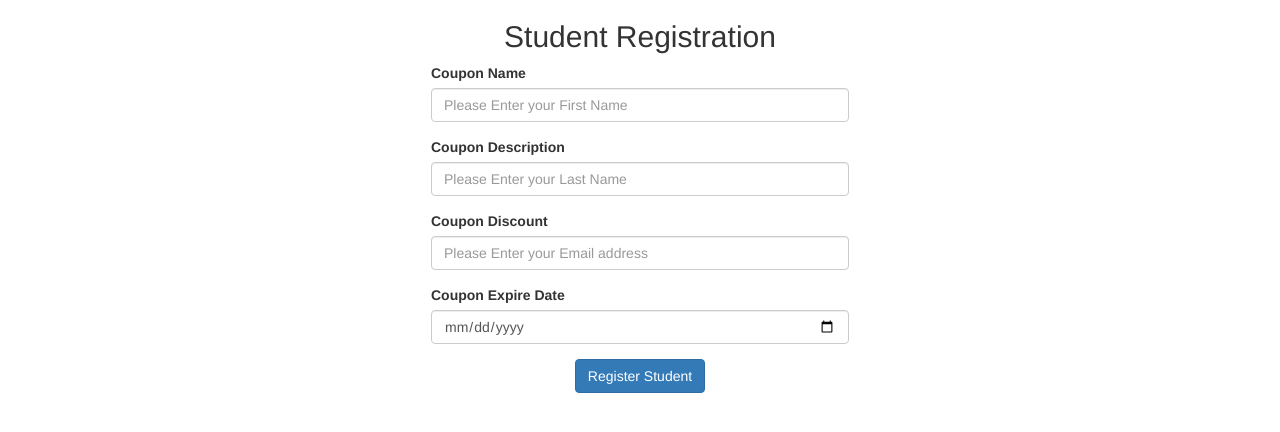
Repository: krutishilp/Sample
Page: http://localhost/couponandproductproject/createCoupon.jsp
An editor plug-in stored every save of this project. The page is shown before and after the next save, followed by the edit.
The browser window is 1280 px wide. The pictures show the whole page.
The page is served by Tomcat 9. Other server files are loaded and not shown.

Above is the page before, as saved 2020-09-04 05:32:56.

### JAVA-Eclipse-workspace/couponandproductproject/src/main/webapp/createCoupon.jsp
<!DOCTYPE html>
<html>
<head>
<meta charset="ISO-8859-1">
<title>Register</title>
<link rel="stylesheet"
	href="https://maxcdn.bootstrapcdn.com/bootstrap/3.3.7/css/bootstrap.min.css"
	integrity="sha384-BVYiiSIFeK1dGmJRAkycuHAHRg32OmUcww7on3RYdg4Va+PmSTsz/K68vbdEjh4u"
	crossorigin="anonymous">
<style type="text/css">
.container {
	width: 35%;
	align-content: center;
}
</style>

</head>
<body>
	<div class="container">

		<form action="register" method="post">
			<h2 class="text-center">Student Registration</h2>

			<div class="form-group">
				<label for="couponname">Coupon Name</label> <input type="text"
					class="form-control" name="couponName" id="couponname" required
					placeholder="Please Enter your First Name">
			</div>

			<div class="form-group">
				<label for="cdescription">Coupon Description</label> <input type="text"
					class="form-control" name="couponDescription" id="cdescription" required
					placeholder="Please Enter your Last Name">
			</div>

			<div class="form-group">
				<label for="coupondiscount">Coupon Discount</label> <input type="number"
					class="form-control" name="couponDiscount" id="coupondiscount" required
					placeholder="Please Enter your Email address">
			</div>

			<div class="form-group">
				<label for="couponEXPDate">Coupon Expire Date</label> <input type="date"
					class="form-control" name="couponExpiryDate" id="couponEXPDate" required>
			</div>
			<div class="text-center">
				<input type="submit" class="btn btn-primary"
					value="Register Student">
			</div>
		</form>
	</div>

</body>
</html>

After the next save:
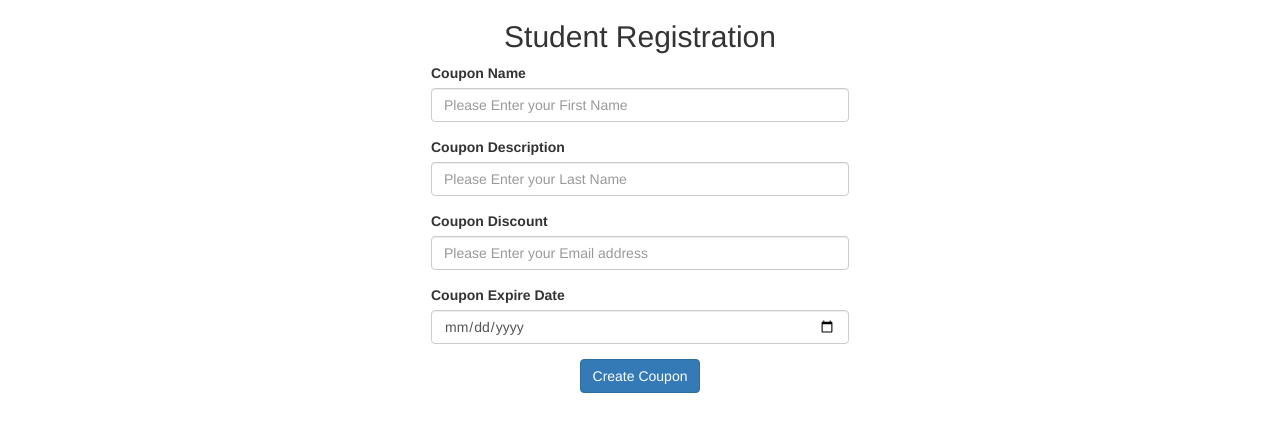
Saved 10 s later.
--- a/JAVA-Eclipse-workspace/couponandproductproject/src/main/webapp/createCoupon.jsp
+++ b/JAVA-Eclipse-workspace/couponandproductproject/src/main/webapp/createCoupon.jsp
@@ -45,7 +45,7 @@
 			</div>
 			<div class="text-center">
 				<input type="submit" class="btn btn-primary"
-					value="Register Student">
+					value="Create Coupon">
 			</div>
 		</form>
 	</div>
